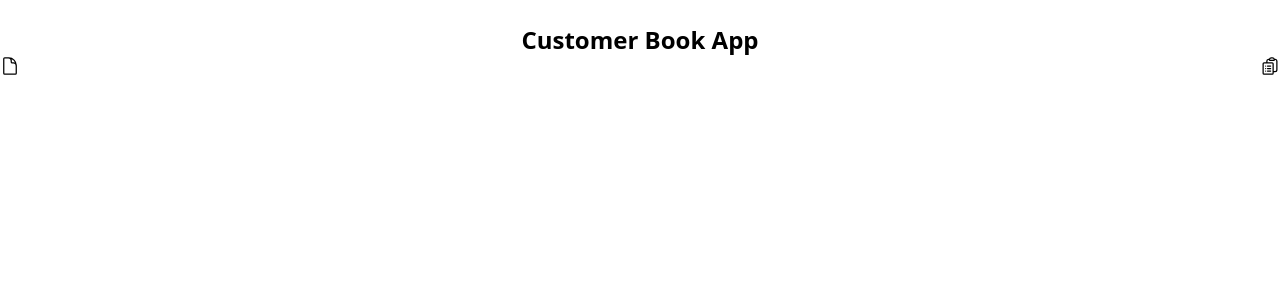
Repository: higirobruce/customerbookapp
Page: /
The author's editor kept a copy of each file at every save. The page is drawn from the files as they stood at one save, then again after the next save.
The browser window is 1280 px wide. The pictures show the whole page.
The project was rebuilt for these pictures with package versions that can differ from the ones it lists, and the page was loaded fresh each time. The framework's server and built-in components were replaced by stand-ins that run in the browser. Also part of the build but not shown: next.config.js, components/layout/sidebar.js.

Above is the page before, as saved 2022-11-24 16:32:05.

### pages/index.js
import Head from "next/head";
import Image from "next/image";
import Sidebar from "../components/layout/sidebar";
import MainScreen from "../components/layout/mainScreen";

const Home = () => {
  return (
    <div className="flex min-h-screen flex-row">
      {/* <Sidebar /> */}
      <MainScreen />
    </div>
  );
};

export default Home;

### components/layout/mainScreen.js
import React from "react";
import {
  DocumentIcon,
  ClipboardDocumentListIcon
} from '@heroicons/react/24/outline'


export default function MainScreen() {
  return (
    <div className="flex flex-col w-full pt-6">
      {/* header */}
      <div className="flex justify-center text-2xl font-semibold">
        Customer Book App
      </div>
      {/* Menu bar */}
      <div className="flex flex-row justify-between">
        <DocumentIcon className="h-5 w-5"/>
        <ClipboardDocumentListIcon className="h-5 w-5"/>
      </div>
      {/* Body */}
    </div>
  );
}

Loaded but not shown: pages/_app.tsx (common file); styles/globals.css (common file); tailwind.config.js (common file)

After the next save:
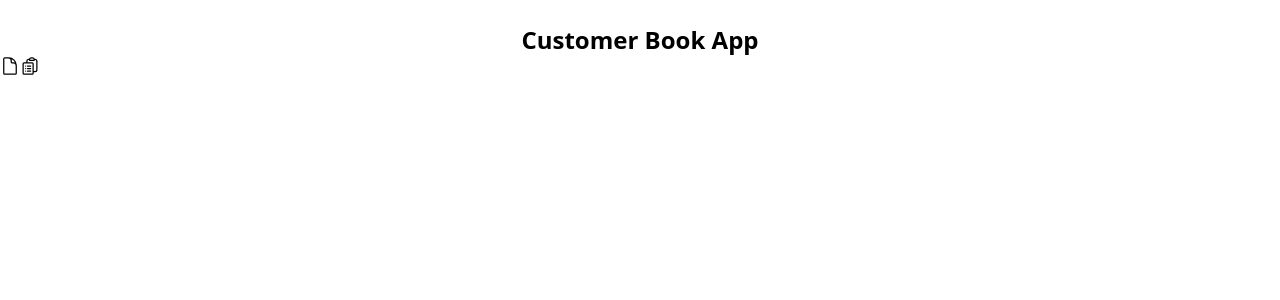
Saved 8 s later.
--- a/components/layout/mainScreen.js
+++ b/components/layout/mainScreen.js
@@ -13,7 +13,7 @@ export default function MainScreen() {
         Customer Book App
       </div>
       {/* Menu bar */}
-      <div className="flex flex-row justify-between">
+      <div className="flex flex-row">
         <DocumentIcon className="h-5 w-5"/>
         <ClipboardDocumentListIcon className="h-5 w-5"/>
       </div>
